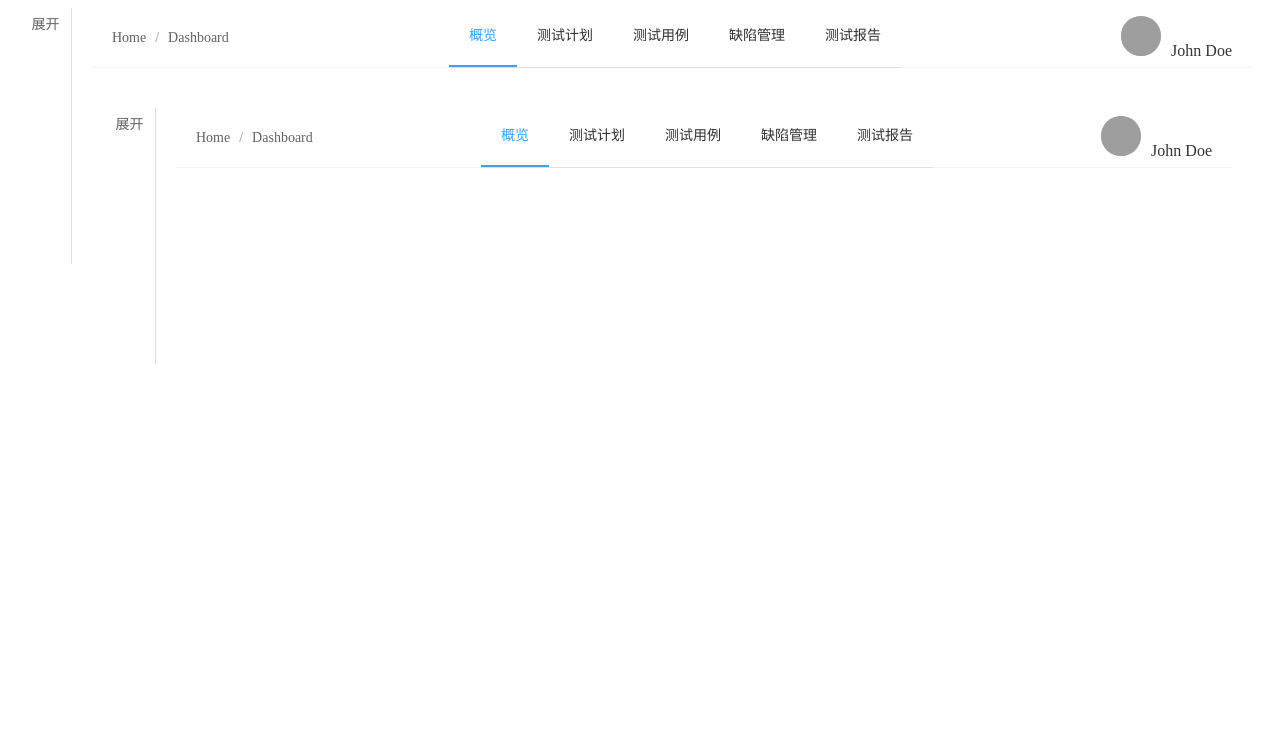
Repository: IsHexx/VerityX
Page: /home (app in front/)
An editor plug-in stored every save of this project. The page is shown before and after the next save, followed by the edit.
The browser window is 1280 px wide. The pictures show the whole page.
Pictures or frames that could not be fetched are drawn as grey boxes. An inner scrolling area shows only its first screen. The project was rebuilt for these pictures with package versions that can differ from the ones it lists, and the page was loaded fresh each time. Also part of the build but not shown: front/vue.config.js, front/src/components/UserlLogin.vue, front/src/views/TestManage/TestPlanPage.vue, front/src/views/TestManage/OverviewPage.vue.

Above is the page before, as saved 2024-10-09 17:36:06.

After the next save:
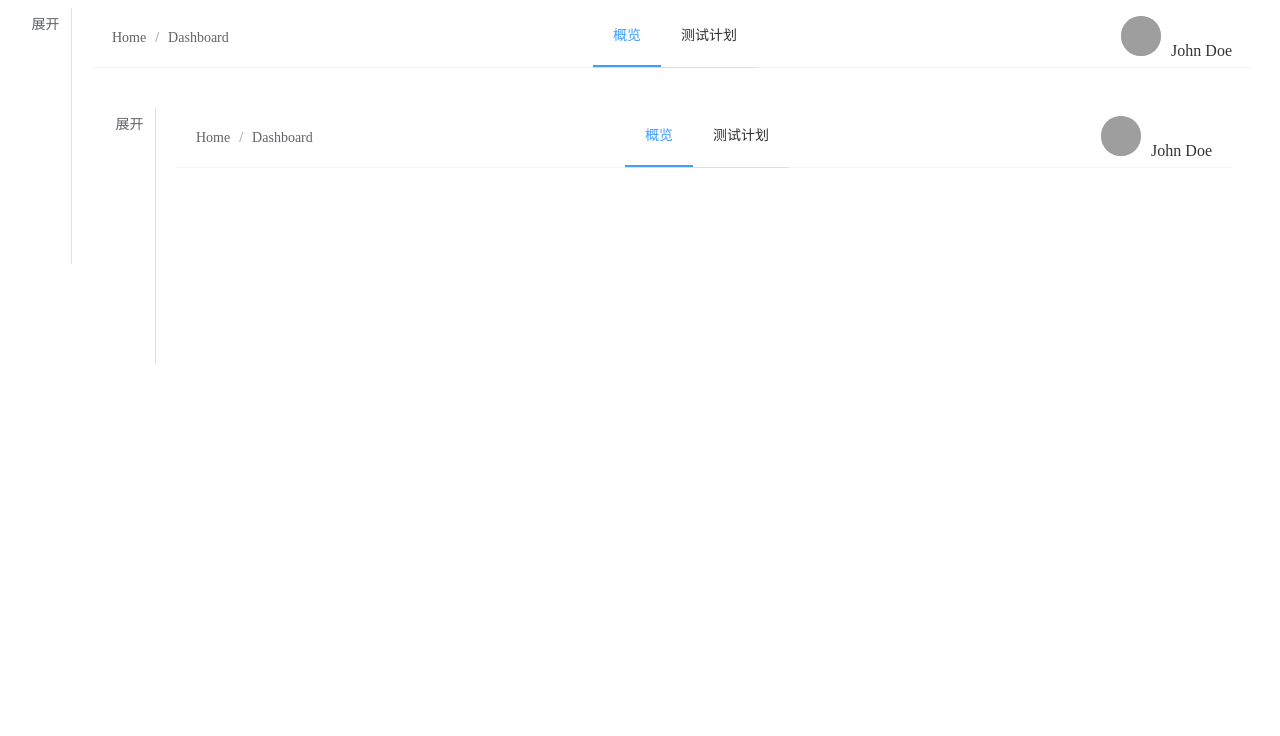
Saved 3 min 10 s later.
--- a/front/src/store/menuStore.js
+++ b/front/src/store/menuStore.js
@@ -11,13 +11,10 @@ export const useMenuStore = () => {
       index: '1',
       icon: 'House',
       title: '测试管理',
-      route: '/test-management',
+      route: '/home',
       subMenus: [
-        { index: '1-1', title: '概览', route: '/test-management/overview' },
-        { index: '1-2', title: '测试计划', route: '/test-management/testplan' },
-        { index: '1-3', title: '测试用例', route: '/test-management/testcase' },
-        { index: '1-4', title: '缺陷管理', route: '/test-management/defects' },
-        { index: '1-5', title: '测试报告', route: '/test-management/reports' },
+        { index: '1-1', title: '概览', route: '/overview' },
+        { index: '1-2', title: '测试计划', route: '/testplan' },
       ]
     },
     {
